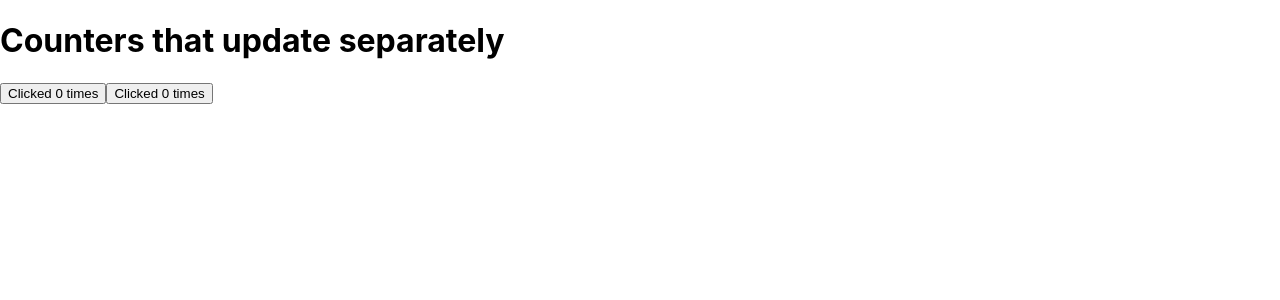
Repository: sedat-akdogan/React_Revision
Page: / (app in sunday/)
These files come from the project's save history. The page is drawn as it stood at one moment and after a run of saves; the edit follows.
The browser window is 1280 px wide. The pictures show the whole page.
The project was rebuilt for these pictures with package versions that can differ from the ones it lists, and the page was loaded fresh each time. Also part of the build but not shown: sunday/src/App.css.

Above is the page before, as saved 2023-03-25 21:49:26.

After the next 2 saves:
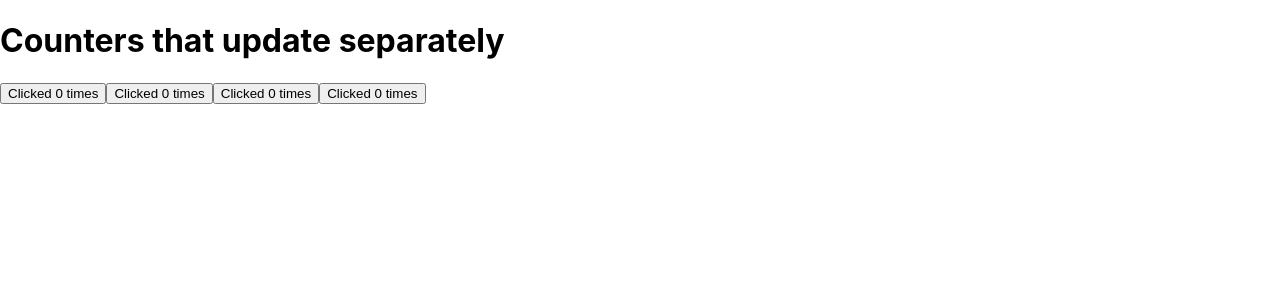
The 2 saves are shown as one change because they came seconds apart.
The last was saved 99 s later.
--- a/sunday/src/App.js
+++ b/sunday/src/App.js
@@ -7,6 +7,8 @@ export default function MyApp() {
             <h1>Counters that update separately</h1>
             <MyButton />
             <MyButton />
+            <MyButton />
+      <MyButton />
         </div>
     );
 }
